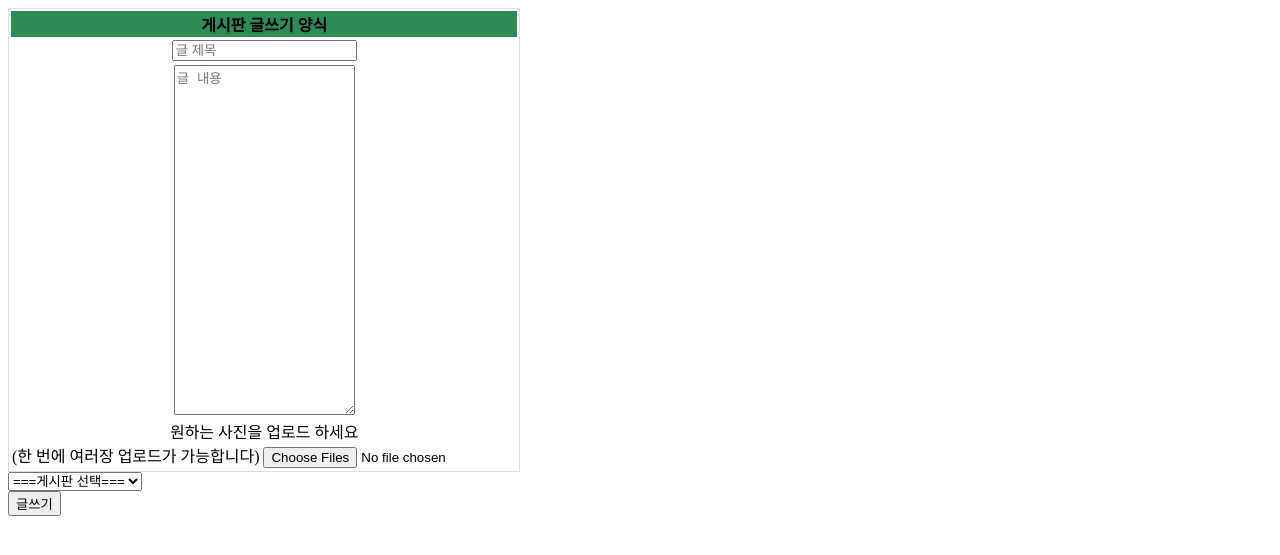
Repository: KimJinHwan999/ToyProject-makeBoard-springBoot
Page: http://localhost/board/WEB-INF/views/board/write.jsp
The author's editor kept a copy of each file at every save. The page is drawn from the files as they stood at one save, then again after the next save.
The browser window is 1280 px wide. The pictures show the whole page.
The page is served by Tomcat 9. Nobody is signed in. The template is opened directly, without the code that normally fills it, so the values that code supplies are empty.

Above is the page before, as saved 2023-06-21 15:21:08.

After the next save:
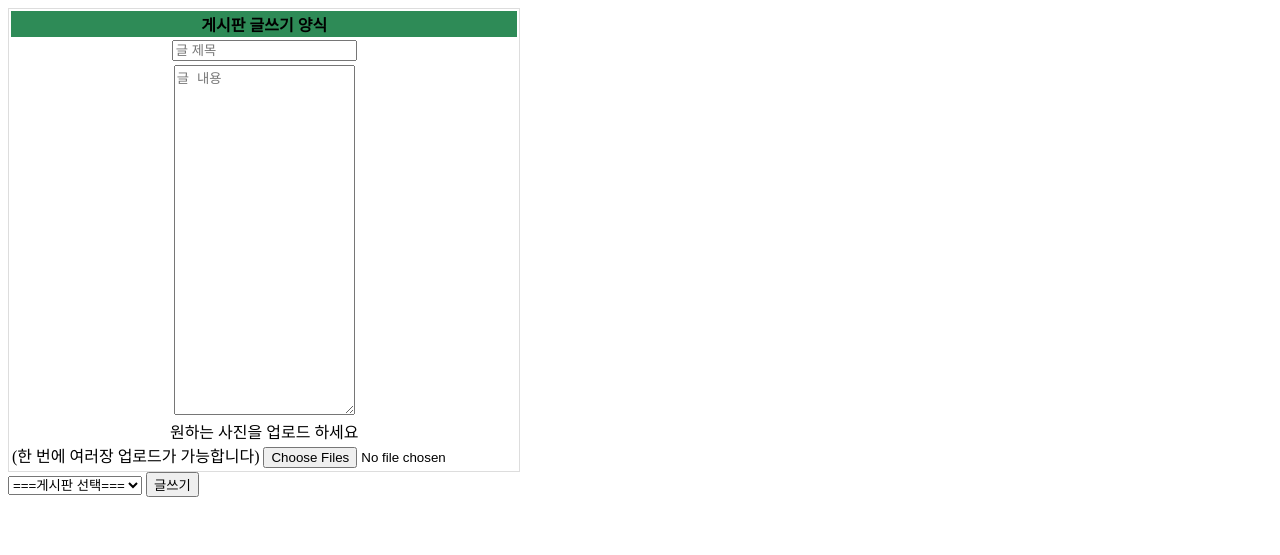
Saved 9 s later.
--- a/board/src/main/webapp/WEB-INF/views/board/write.jsp
+++ b/board/src/main/webapp/WEB-INF/views/board/write.jsp
@@ -34,15 +34,15 @@
 				</table>
 
 
-				<select name="board_num" id="board_num">
-					<option value="">===게시판 선택===</option>
-					<option value="1">유머 게시판</option>
-					<option value="2">스포츠 게시판</option>
-					<option value="3">게임 게시판</option>
-				</select>
 
 
 				<div class="pull-right">
+					<select name="board_num" id="board_num">
+						<option value="">===게시판 선택===</option>
+						<option value="1">유머 게시판</option>
+						<option value="2">스포츠 게시판</option>
+						<option value="3">게임 게시판</option>
+					</select>
 					<input type="submit" class="btn btn-success pull-right" value="글쓰기">
 				</div>
 				<br>

After the save that followed:
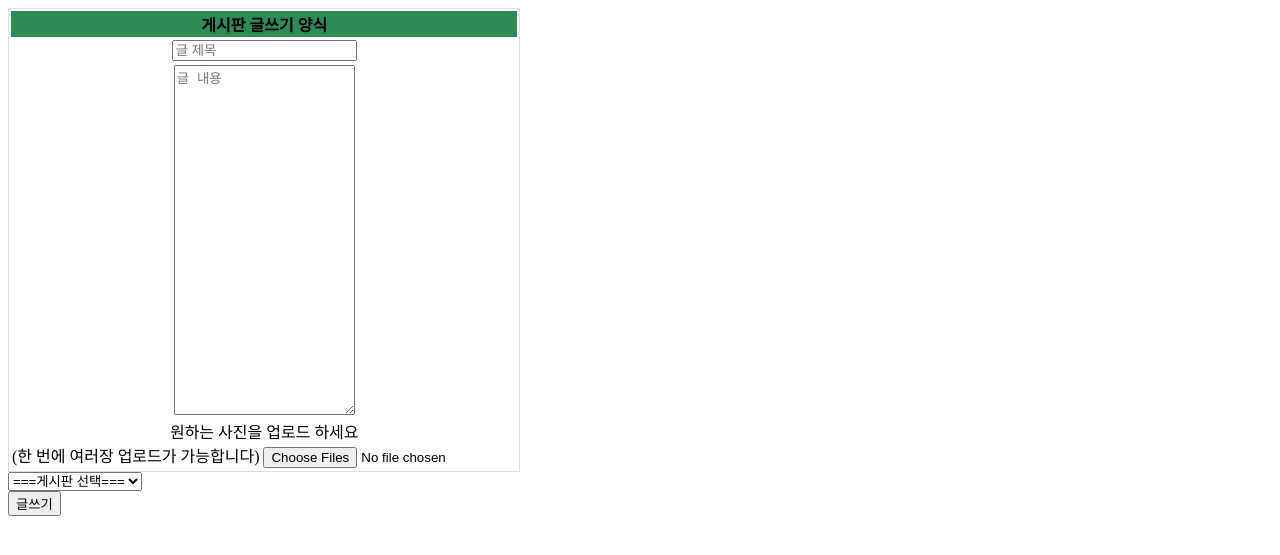
Saved 10 s later.
--- a/board/src/main/webapp/WEB-INF/views/board/write.jsp
+++ b/board/src/main/webapp/WEB-INF/views/board/write.jsp
@@ -43,6 +43,7 @@
 						<option value="2">스포츠 게시판</option>
 						<option value="3">게임 게시판</option>
 					</select>
+					<br>
 					<input type="submit" class="btn btn-success pull-right" value="글쓰기">
 				</div>
 				<br>
